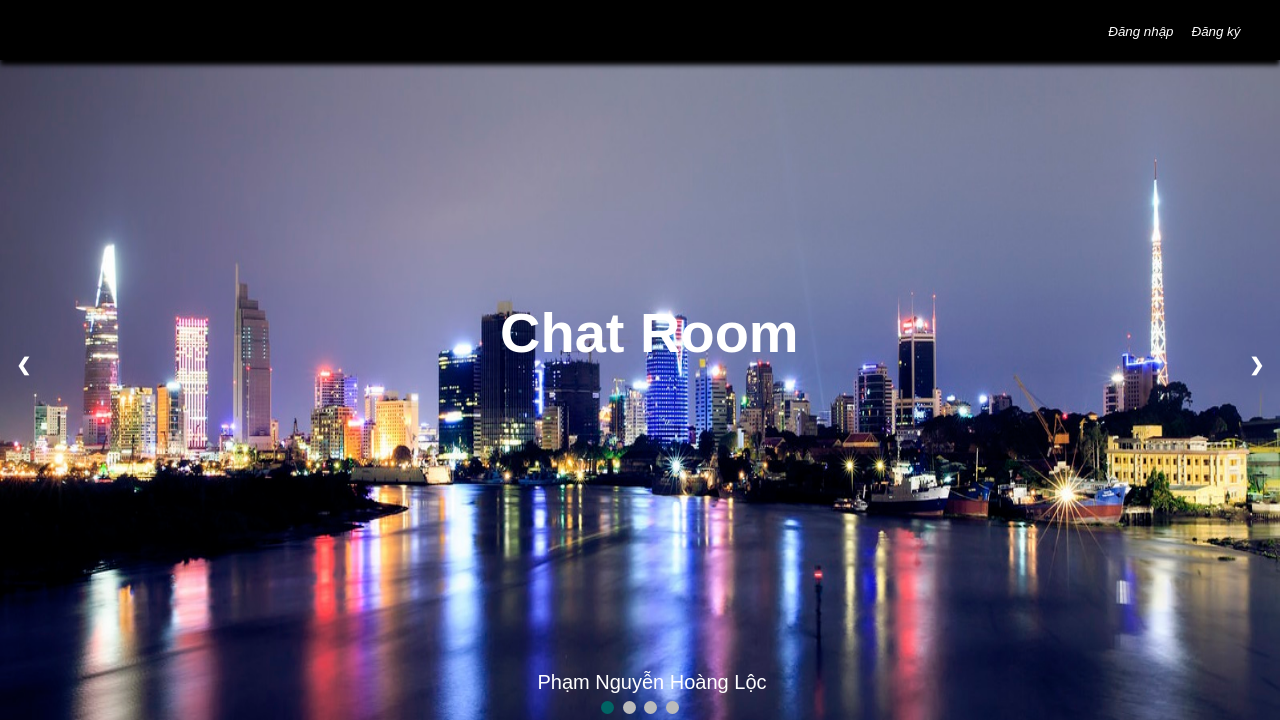
Repository: viplocpro/jsp
Page: ChatServlet/WebContent/index.html
These files come from the project's save history. The page is drawn as it stood at one moment and after the next save; the edit follows.
The browser window is 1280 px wide. The pictures show the whole page.

Above is the page before, as saved 2016-10-13 03:11:21.

### ChatServlet/WebContent/index.html
<!DOCTYPE html>
<html>
<head>
<meta charset="UTF-8">
<link rel="stylesheet" type="text/css" href="style/style.css">
<script src="javascript/test.js" type="text/javascript"></script>
<title>Hello UIT</title>
</head>
<body>
<div id ="menu">
	<!-- ul class="menu-1">
		<li class="home-menu-1"><img src="image/home.png" width="40px" height="35px"></li>
		<li>TRANG CHỦ</li>
		<li>GIỚI THIỆU</li>
		<li>HỒ SƠ</li>
	</ul>-->
	<ul class="menu-2">
		<a href="register"><li>Đăng ký</li></a>
		<a href="login"><li>Đăng nhập</li></a>
	</ul>
</div>
<div id="content" class="slideshow-container" >
	  	<div class="mySlides fade" style="background-image:url(image/i1.jpg);width:100%; height: 100%; background-size:100% 100%;">
	    	<div class="numbertext">1 / 4</div>
	    	<div class="text">Phạm Nguyễn Hoàng Lộc</div>
	  	</div>

	  	<div class="mySlides fade" style="background-image:url(image/i2.jpg);width:100%; height: 100%; background-size:100% 100%;">
	    	<div class="numbertext">2 / 4</div>
	    	<div class="text">Hồ Thanh Bình</div>
	  	</div>

	  	<div class="mySlides fade" style="background-image:url(image/i5.jpg);width:100%; height: 100%; background-size:100% 100%;">
	    	<div class="numbertext">3 / 4</div>
	    	<div class="text">Nguyễn Văn Duy</div>
	  	</div>

	  	<div class="mySlides fade" style="background-image:url(image/i4.jpg);width:100%; height: 100%; background-size:100% 100%;">
	    	<div class="numbertext">4 / 4</div>
	    	<div class="text">Hà Đại Dương</div>
	  	</div>

	  	<a class="prev" onclick="plusSlides(-1)">&#10094;</a>
	  	<a class="next" onclick="plusSlides(1)">&#10095;</a>

	 	<div id="dot" style="text-align:center">
		  <span class="dot" onclick="currentSlide(1)"></span>
		  <span class="dot" onclick="currentSlide(2)"></span>
		  <span class="dot" onclick="currentSlide(3)"></span>
		  <span class="dot" onclick="currentSlide(4)"></span>
		</div>
</div>
<div class="banner">
	Chat Room
</div>
<script>

var slideIndex = 1;
showSlides(slideIndex);

setInterval(function(){
	slideIndex++;
	showSlides(slideIndex);
}, 10000);


function plusSlides(n) {
  showSlides(slideIndex += n);
}

function currentSlide(n) {
  showSlides(slideIndex = n);
}

function showSlides(n) {
  var i;
  var slides = document.getElementsByClassName("mySlides");
  var dots = document.getElementsByClassName("dot");

  if (n > slides.length) {slideIndex = 1}
  if (n < 1) {slideIndex = slides.length}
  for (i = 0; i < slides.length; i++) {
      slides[i].style.display = "none";
  }
  for (i = 0; i < dots.length; i++) {
      dots[i].className = dots[i].className.replace(" active", "");
  }
  slides[slideIndex-1].style.display = "block";
  dots[slideIndex-1].className += " active";
}
</script>
</body>
</html>

### ChatServlet/WebContent/style/style.css
*{
	padding:0;
	margin:0;
}

a{
	color: white;
}

a:hover{
	color:#ff405c;
}

body{
	padding:0px;
	margin:0px;
	position:fixed;
	width:100%;
  	height:100%;
  	font-family: Arial,Helvetica,sans-serif;
}
#content
{
	width:100%;
  	height:100%;
  	z-index:0;
}
#menu
{
	width: 100%;
	height: 60px;
	z-index:1;
	position: absolute;
	//border: 1px solid white;
	//border-radius: 12px;
	//margin-left: 58%;
	color: white;
	//background-image: url(../image/bg-menu.jpg);
	background-size: 100% 100%;
	//border-bottom: 2px solid #444;
	background: black;
	box-shadow: 0px 5px 5px 0px black;
}
#menu ul
{
	position: relative;
    top: 20px;
    margin-left: 50%;
    margin-right: 2%;
}
#menu ul.menu-1 li
{
	cursor: pointer;
	list-style-type: none;
	float: left;
    //width: 100px;
    text-align: center;
   	margin-left: 20px;
    padding: 4px;
}
#menu ul.menu-1 li.home-menu-1
{
	//margin-bottom:5px;
	margin-top: -13px;
}
{
	cursor: pointer;
	list-style-type: none;
	float: left;
    //width: 100px;
    text-align: center;
   	margin-left: 20px;
    padding: 4px;
}

#menu ul.menu-2 li
{
	cursor: pointer;
	list-style-type: none;
    text-align: center;
    float: right;
    font-style: italic;
    font-size: smaller;
    margin-right: 10px;
    padding: 4px;
}

#menu ul.menu-1 li:hover:not(.home-menu-1)
{
	//border-radius: 12px;
	//background-color:blue;
	//font-weight: bold;
	border-bottom: 3px solid #ff405c;
	color: #ff405c;
}
#menu ul.menu-2 li:hover
{
	color: orange;
}
/* Slideshow container */
.slideshow-container {
  position: relative;
  margin: auto;
}
/* Next & previous buttons */
.prev, .next {
  cursor: pointer;
  position: absolute;
  top: 50%;
  width: auto;
  margin-top: -22px;
  padding: 16px;
  color: white;
  font-weight: bold;
  font-size: 18px;
  transition: 0.6s ease;
  border-radius: 0 3px 3px 0;
}

/* Position the "next button" to the right */
.next {
  right: 0;
  border-radius: 3px 0 0 3px;
}

/* On hover, add a black background color with a little bit see-through */
.prev:hover, .next:hover {
  background-color: rgba(0,0,0,0.8);
}

/* Caption text */
.text {
  color: #f2f2f2;
  font-size: 20px;
  padding: 8px 12px;
  position: absolute;
  bottom: 18px;
  width: 100%;
  text-align: center;
  color: white;
}

/* Number text (1/3 etc) */
.numbertext {
  color: #f2f2f2;
  font-size: 12px;
  padding: 8px 12px;
  position: absolute;
  top: 0;
}

#dot
{
	position: inherit;
    bottom: 20px;
}

/* The dots/bullets/indicators */
.dot {
  cursor:pointer;
  height: 13px;
  width: 13px;
  margin: 0 2px;
  background-color: #bbb;
  border-radius: 50%;
  display: inline-block;
  transition: background-color 0.6s ease;
}

.banner{
	color: white;
	font-size: 350%;
	font-weight: bold;
	position: absolute;
	top: 300px;
	left: 500px;
}

.active, .dot:hover {
  background-color: #006464;
}

/* Fading animation */
.fade {
  -webkit-animation-name: fade;
  -webkit-animation-duration: 5s;
  animation-name: fade;
  animation-duration: 2s;
}

@-webkit-keyframes fade {
  from {opacity: .4}
  to {opacity: 1}
}

@keyframes fade {
  from {opacity: .4}
  to {opacity: 1}
}
.overlay {
    position: fixed;
    top: 0;
    left: 0;
    z-index: -1;
    display: block;
    background-color: black;
    opacity: 0;
    width: 100%;
    height: 100%;
    -webkit-transition: opacity 1s;
    -moz-transition: opacity 1s;
    -o-transition: opacity 1s;
    -ms-transition: opacity 1s;
    transition: opacity 1s;
}

### ChatServlet/WebContent/javascript/test.js
//var slideIndex = 1;
//showSlides(slideIndex);
//
//setInterval(function(){
//	slideIndex++;
//	showSlides(slideIndex);
//}, 5000);
//
//
//function plusSlides(n) {
//  showSlides(slideIndex += n);
//}
//
//function currentSlide(n) {
//  showSlides(slideIndex = n);
//}
//
//function showSlides(n) {
//  var i;
//  var slides = document.getElementsByClassName("mySlides");
//  var dots = document.getElementsByClassName("dot");
//
//  if (n > slides.length) {slideIndex = 1}
//  if (n < 1) {slideIndex = slides.length}
//  for (i = 0; i < slides.length; i++) {
//      slides[i].style.display = "none";
//  }
//  for (i = 0; i < dots.length; i++) {
//      dots[i].className = dots[i].className.replace(" active", "");
//  }
//  slides[slideIndex-1].style.display = "block";
//  dots[slideIndex-1].className += " active";
//}

After the next save:
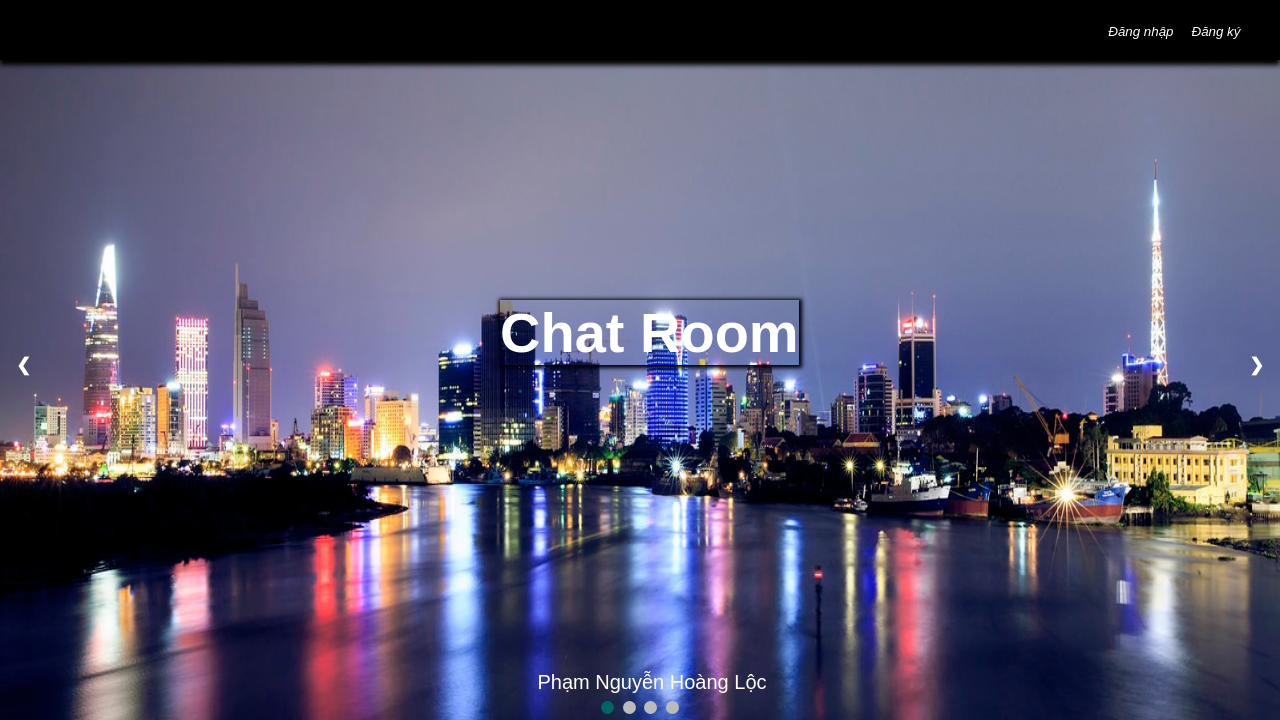
Saved 22 s later.
--- a/ChatServlet/WebContent/style/style.css
+++ b/ChatServlet/WebContent/style/style.css
@@ -174,6 +174,7 @@
 	position: absolute;
 	top: 300px;
 	left: 500px;
+	box-shadow: 1px 1px 4px 2px black;
 }
 
 .active, .dot:hover {

After the save that followed:
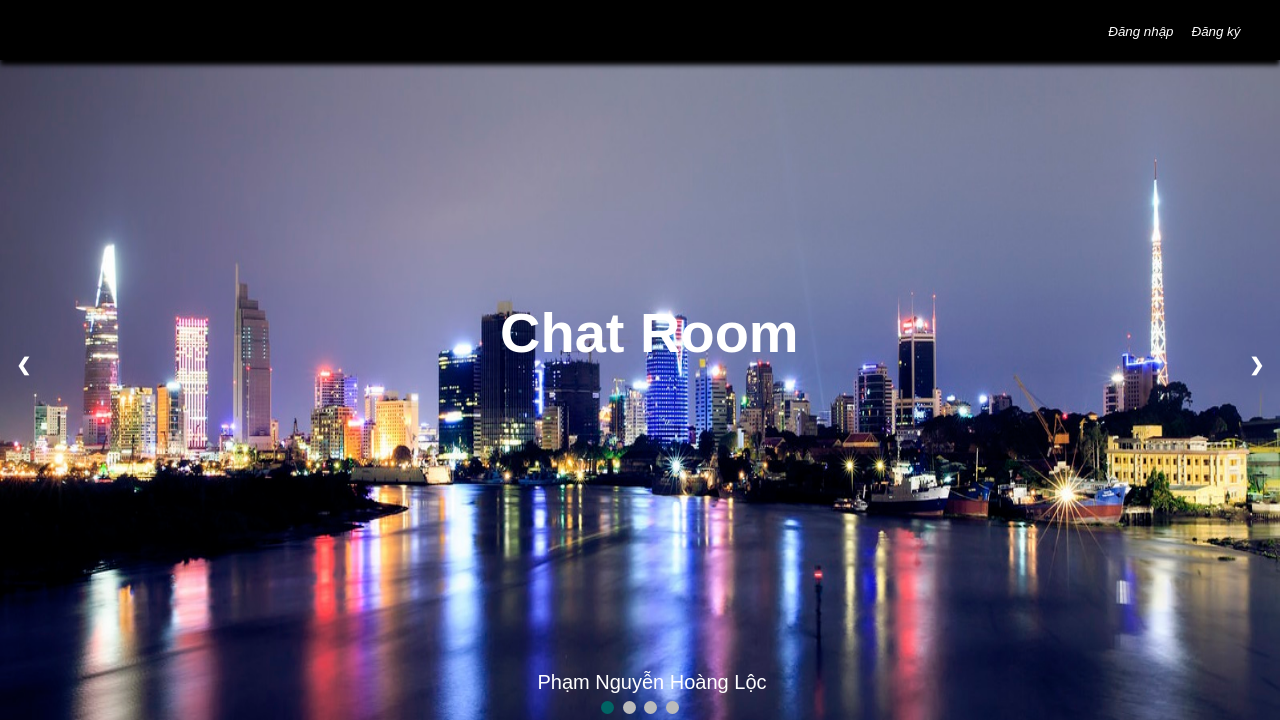
Saved 12 s later.
--- a/ChatServlet/WebContent/style/style.css
+++ b/ChatServlet/WebContent/style/style.css
@@ -174,7 +174,6 @@
 	position: absolute;
 	top: 300px;
 	left: 500px;
-	box-shadow: 1px 1px 4px 2px black;
 }
 
 .active, .dot:hover {
